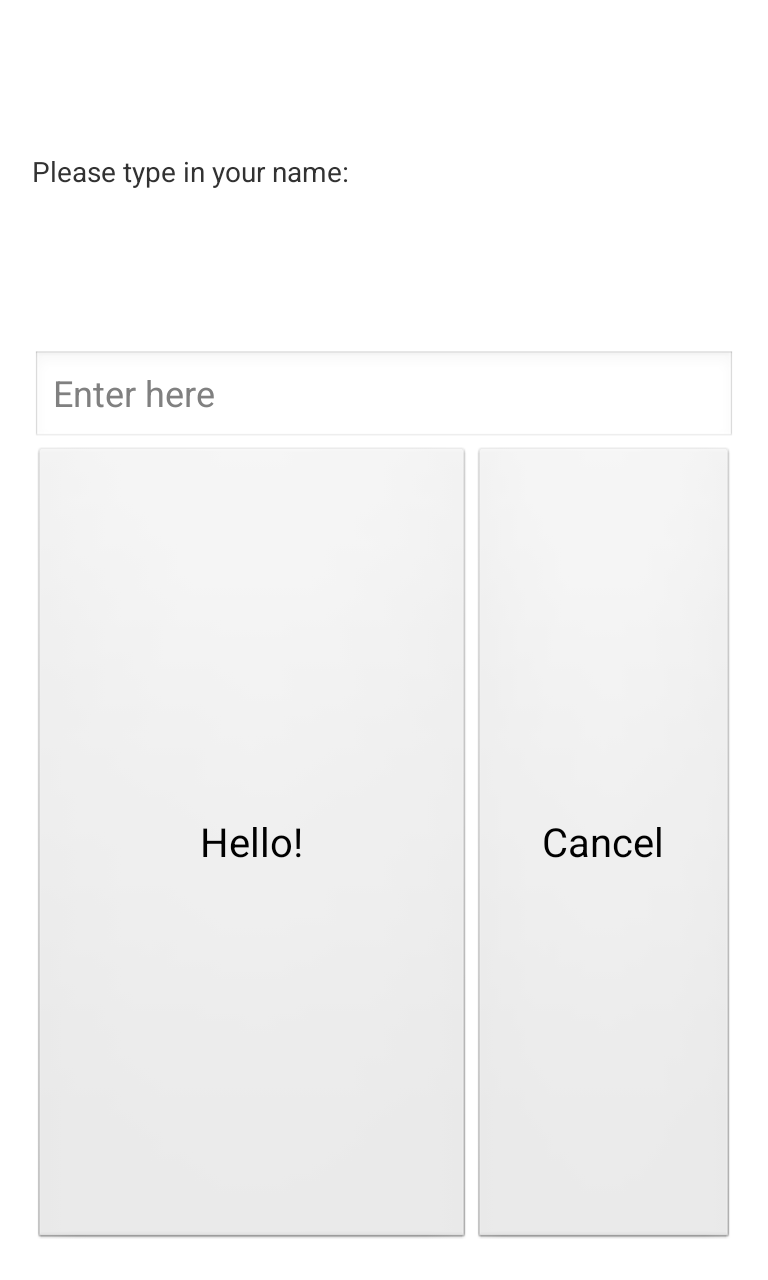
Repository: echolomaniac/HelloWorld
Layout: HelloWorld/res/layout/fragment_main.xml
These files come from the project's save history. The layout is drawn as it stood at one moment and after the next save; the edit follows.
It is drawn on a 768 x 1280 px phone screen (xhdpi) without system bars, with theme android:Theme.Light.NoTitleBar; the app's code is not run.

Above is the layout before, as saved 2014-05-06 06:53:03.

### HelloWorld/res/layout/fragment_main.xml
<RelativeLayout xmlns:android="http://schemas.android.com/apk/res/android"
    xmlns:tools="http://schemas.android.com/tools"
    android:layout_width="match_parent"
    android:layout_height="match_parent"
    android:paddingBottom="@dimen/activity_vertical_margin"
    android:paddingLeft="@dimen/activity_horizontal_margin"
    android:paddingRight="@dimen/activity_horizontal_margin"
    android:paddingTop="@dimen/activity_vertical_margin"
    tools:context="com.example.helloworld.MainActivity$PlaceholderFragment" >

    <LinearLayout
        android:id="@+id/linearLayout1"
        android:layout_width="fill_parent"
        android:layout_height="fill_parent"
        android:layout_alignParentLeft="true"
        android:orientation="vertical" >

        <TextView
            android:id="@+id/textView1"
            android:layout_width="wrap_content"
            android:layout_height="wrap_content"
            android:layout_marginTop="60dp"
            android:text="@string/enter_name" />

        <EditText
            android:id="@+id/nameEditText"
            android:layout_width="match_parent"
            android:layout_height="wrap_content"
            android:layout_marginTop="80dp"
            android:ems="10"
            android:hint="@string/hint_enter_name" />

        <LinearLayout
            android:layout_width="fill_parent"
            android:layout_height="0dp"
            android:layout_weight="0.01" >

            <Button
                android:id="@+id/button1"
                android:layout_width="0dp"
                android:layout_weight="0.5"
                android:layout_height="match_parent"
                android:text="@string/hello_button"
                android:textSize="20sp"
                android:onClick="onHelloPressed"/>

            <Button
                android:id="@+id/button2"
                android:layout_width="0dp"
                android:layout_weight = "0.3"
                android:layout_height="match_parent"
                android:text="@string/button_cancel"
                android:textSize="20sp" />

        </LinearLayout>

    </LinearLayout>

</RelativeLayout>

### HelloWorld/res/values/strings.xml
<?xml version="1.0" encoding="utf-8"?>
<resources>

    <string name="app_name">HelloWorld</string>
    <string name="hello_world">Hello world!</string>
    <string name="action_settings">Settings</string>
    <string name="enter_name">Please type in your name:</string>
    <string name="hello_button">Hello!</string>
    <string name="hint_enter_name">Enter here</string>
    <string name="button_cancel">Cancel</string>
    <string name="field_Hello">Hello!</string>
    <string name="button_exit">Exit</string>

</resources>

Loaded but not shown: HelloWorld/res/values/dimens.xml (common file); HelloWorld/res/values-w820dp/dimens.xml (common file)

After the next save:
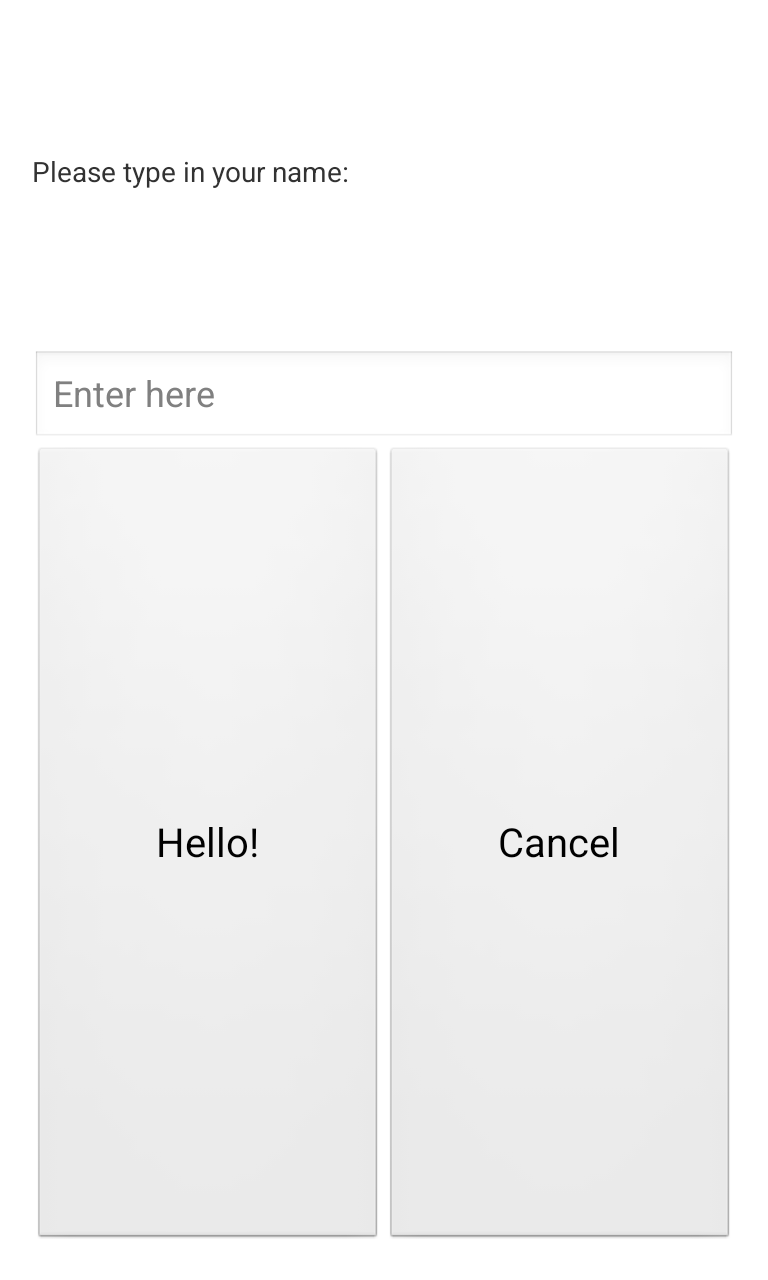
Saved 6 s later.
--- a/HelloWorld/res/layout/fragment_main.xml
+++ b/HelloWorld/res/layout/fragment_main.xml
@@ -47,7 +47,7 @@
             <Button
                 android:id="@+id/button2"
                 android:layout_width="0dp"
-                android:layout_weight = "0.3"
+                android:layout_weight = "0.5"
                 android:layout_height="match_parent"
                 android:text="@string/button_cancel"
                 android:textSize="20sp" />
